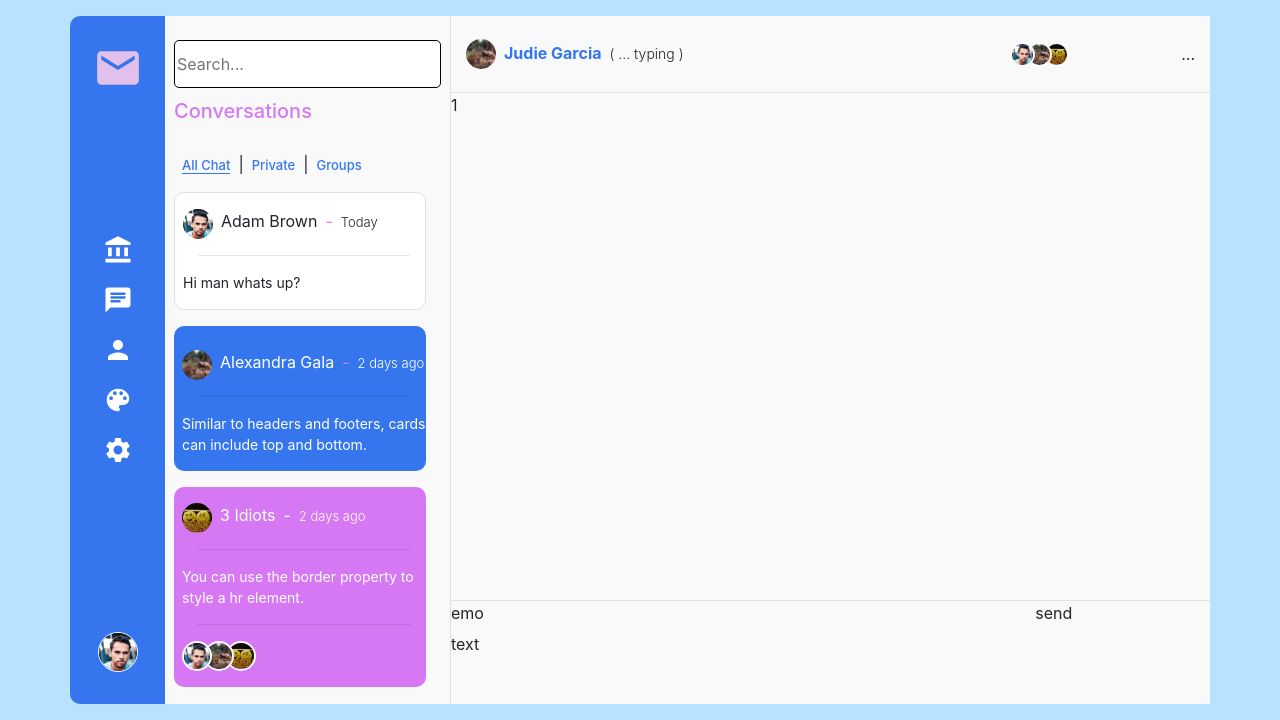
Repository: arafat877/super-chat
Page: /
An editor plug-in stored every save of this project. The page is shown before and after the next save, followed by the edit.
The browser window is 1280 px wide. The pictures show the whole page.
The project was rebuilt for these pictures with package versions that can differ from the ones it lists, and the page was loaded fresh each time.

Above is the page before, as saved 2020-08-07 01:43:59.

### public/index.html
<!DOCTYPE html>
<html lang="en">
  <head>
    <meta charset="utf-8" />
    <meta name="viewport" content="width=device-width, initial-scale=1" />
    <meta name="theme-color" content="#000000" />
    <meta
      name="description"
      content="Chat application with node.js, express, react.js, mongoDb and socket.io"
    />
    <link rel="stylesheet" href="styles.css" />
    <link
      rel="stylesheet"
      href="https://maxcdn.bootstrapcdn.com/bootstrap/4.5.0/css/bootstrap.min.css"
      integrity="sha384-9aIt2nRpC12Uk9gS9baDl411NQApFmC26EwAOH8WgZl5MYYxFfc+NcPb1dKGj7Sk"
      crossorigin="anonymous"
    />
    <link
      href="https://fonts.googleapis.com/css2?family=Roboto:wght@100;300;400;500;700;900&display=swap"
      rel="stylesheet"
    />

    <title>Super Chat</title>
  </head>
  <body>
    <noscript>You need to enable JavaScript to run this app.</noscript>
    <div id="root"></div>
  </body>
</html>

### src/App.js
import React from "react";
import "./App.scss";
import {
  Email,
  Chat,
  Person,
  Settings,
  Palette,
  AccountBalance,
} from "@material-ui/icons";

import { Avatar } from "@material-ui/core";
import { AvatarGroup } from "@material-ui/lab";

function App() {
  return (
    <div className="appContainer vh-100 d-flex">
      <div className="container mt-3 mb-3 appWrapper">
        <div className="row h-100">
          <div className="col-1 d-none d-sm-none d-md-block container h-100 firstCol">
            <div className="row logoRow justify-content-center">
              <Email className="m-auto logo" />
            </div>
            <div className="row menuRow">
              <ul className="menuList m-auto p-0">
                <li className="menuItem">
                  <AccountBalance className="menuItemIcon" />
                </li>
                <li className="menuItem">
                  <Chat className="menuItemIcon" />
                </li>
                <li className="menuItem">
                  <Person className="menuItemIcon" />
                </li>
                <li className="menuItem">
                  <Palette className="menuItemIcon" />
                </li>
                <li className="menuItem">
                  <Settings className="menuItemIcon" />
                </li>
              </ul>
            </div>
            <div className="row photoRow justify-content-center">
              <img
                className="m-auto profilePhoto"
                src={require("./assets/m1.jpeg")}
                alt="profile"
              />
            </div>
          </div>
          <div className="col-3 container h-100 secondCol p-4">
            <div className="row searchRow">
              <input className="searchInput" placeholder="Search..." />
            </div>
            <div className="row convRow mt-2">
              <span className="convSpan">Conversations</span>
            </div>
            <div className="row selectRow">
              <ul className="selectionList p-2">
                <li
                  className="selectionListItem d-inline mr-2"
                  style={{ borderBottom: "solid 0.05px #3576ef" }}
                >
                  All Chat
                </li>
                |
                <li className="selectionListItem d-inline mr-2 ml-2">
                  Private
                </li>
                |
                <li className="selectionListItem d-inline mr-2 ml-2">Groups</li>
              </ul>
            </div>
            <div className="row groupsRow">
              <div className="container">
                <div className="row convCard pt-3 pb-3 pl-2 mt-3">
                  <div className="container">
                    <div className="row">
                      <img
                        className="userProfilePicture"
                        src={require("./assets/m1.jpeg")}
                        alt="User Profile"
                      />
                      <span className="userName ml-2">Adam Brown</span>
                      <span className="dash ml-2">-</span>
                      <span className="chatDate ml-2 mt-1">Today</span>
                    </div>
                    <hr></hr>
                    <div className="row">
                      <span className="text">Hi man whats up?</span>
                    </div>
                  </div>
                </div>

                <div className="row convCardHot pt-4 pb-3 pl-2 mt-3">
                  <div className="container">
                    <div className="row">
                      <img
                        className="userProfilePicture"
                        src={require("./assets/f1.jpeg")}
                        alt="User Profile"
                      />
                      <span className="userName ml-2">Alexandra Gala</span>
                      <span className="dash ml-2">-</span>
                      <span className="chatDate ml-2 mt-1">2 days ago</span>
                    </div>
                    <hr></hr>
                    <div className="row">
                      <span className="text">
                        Similar to headers and footers, cards can include top
                        and bottom.
                      </span>
                    </div>
                  </div>
                </div>

                <div className="row convCardGroup pt-3 pb-3 pl-2 mt-3">
                  <div className="container">
                    <div className="row">
                      <img
                        className="userProfilePicture"
                        src={require("./assets/g1.jpeg")}
                        alt="User Profile"
                      />
                      <span className="userName ml-2">3 Idiots</span>
                      <span className="dash ml-2">-</span>
                      <span className="chatDate ml-2 mt-1">2 days ago</span>
                    </div>
                    <hr></hr>
                    <div className="row">
                      <span className="text">
                        You can use the border property to style a hr element.
                      </span>
                    </div>
                    <hr></hr>
                    <div className="row">
                      <AvatarGroup max={3} className="mr-4">
                        <Avatar
                          alt="Remy Sharp"
                          className="avatar"
                          src={require("./assets/m1.jpeg")}
                        />
                        <Avatar
                          alt="Travis Howard"
                          className="avatar"
                          src={require("./assets/f1.jpeg")}
                        />
                        <Avatar
                          alt="Cindy Baker"
                          className="avatar"
                          src={require("./assets/g1.jpeg")}
                        />
                      </AvatarGroup>
                    </div>
                  </div>
                </div>
              </div>
            </div>
          </div>
          <div className="col-8 container h-100 thirdCol">
            <div className="row chatInfo">
              <div className="col-6 m-auto">
                <img
                  className="infoUserPicture"
                  src={require("./assets/f1.jpeg")}
                  alt="User Profile"
                />
                <span className="infoUserName ml-2">Judie Garcia</span>
                <span className="infoTyping ml-2">( ... typing )</span>
              </div>
              <div className="col-4 mt-auto mb-auto justify-content-right infoGroup">
                <AvatarGroup max={3} className="float-right">
                  <Avatar
                    alt="Remy Sharp"
                    className="avatar"
                    src={require("./assets/m1.jpeg")}
                  />
                  <Avatar
                    alt="Travis Howard"
                    className="avatar"
                    src={require("./assets/f1.jpeg")}
                  />
                  <Avatar
                    alt="Cindy Baker"
                    className="avatar"
                    src={require("./assets/g1.jpeg")}
                  />
                </AvatarGroup>
              </div>
              <div className="col-2 m-auto"><span className="float-right">...</span></div>
            </div>
            <div className="row chatMessages">1</div>
            <div className="row chatInput">
              <div className="col-md-9 container">
                <div className="row inputEmoji">emo</div>
                <div className="row inputText">text</div>
              </div>
              <div className="col-md-3">send</div>
            </div>
          </div>
        </div>
      </div>
    </div>
  );
}

export default App;

### src/App.scss
.appContainer {
  background-color: #b7e3fe;

  .appWrapper {
    background-color: #3576ef;
    border-radius: 10px;

    .firstCol {
      .logoRow {
        height: 15%;

        .logo {
          font-size: 50px;
          color: rgb(226, 192, 236);
        }
      }
      .menuRow {
        height: 70%;

        .menuList {
          list-style: none;

          .menuItem {
            margin-bottom: 20px;

            .menuItemIcon {
              font-size: 30px;
              color: white;
            }
          }
        }
      }
      .photoRow {
        height: 15%;

        .profilePhoto {
          height: 40px;
          width: 40px;
          border: solid thin white;
          border-radius: 50%;
          object-fit: cover;
        }
      }
    }

    .secondCol {
      background-color: #f9f9f9;

      .searchRow {
        height: 7.5%;

        .searchInput {
          width: 100%;
          border: solid 0.5px;
          background-color: white;
          border-radius: 5px;

          &:focus {
            outline: none;
          }
        }
      }

      .convRow {
        height: 7.5%;

        .convSpan {
          font-weight: 500;
          font-size: 20px;
          color: rgb(214, 120, 243);
        }
      }
      .selectRow {
        height: 5%;

        .selectionList {
          list-style: none;

          .selectionListItem {
            font-weight: 500;
            font-size: 13px;
            color: #3576ef;
          }
        }
      }

      ::-webkit-scrollbar {
        width: 5px;
        height: 5px;
      }

      ::-webkit-scrollbar-track {
        background: white; /* color of the tracking area */
      }

      ::-webkit-scrollbar-thumb {
        background-color: #b5caf0; /* color of the scroll thumb */
        border-radius: 5px; /* roundness of the scroll thumb */
      }

      .groupsRow {
        height: 80%;
        overflow-y: scroll;

        .convCard {
          background-color: white;
          border: solid 0.5px #dee2e6;
          border-radius: 10px;
          margin-right: 0;

          .userProfilePicture {
            height: 30px;
            width: 30px;
            border-radius: 50%;
            object-fit: cover;
          }

          .userName {
            // color: white;
          }

          .dash {
            color: rgb(214, 120, 243);
          }

          .chatDate {
            // color: white;
            font-size: 13px;
            font-weight: 300;
          }

          .text {
            // color: white;
            font-size: 14px;
          }
        }

        .convCardHot {
          background-color: #3576ef;
          border-radius: 10px;
          margin-right: 0;

          .userProfilePicture {
            height: 30px;
            width: 30px;
            border-radius: 50%;
            object-fit: cover;
          }

          .userName {
            color: white;
          }

          .dash {
            color: rgb(214, 120, 243);
          }

          .chatDate {
            color: white;
            font-size: 13px;
            font-weight: 300;
          }

          .hr {
            border-color: rgb(214, 120, 243);
            margin-bottom: 5px;
          }

          .text {
            color: white;
            font-size: 14px;
          }
        }

        .convCardGroup {
          background-color: rgb(214, 120, 243);
          border-radius: 10px;
          margin-right: 0;

          .userProfilePicture {
            height: 30px;
            width: 30px;
            border-radius: 50%;
            object-fit: cover;
          }

          .userName {
            color: white;
          }

          .dash {
            color: white;
          }

          .chatDate {
            color: white;
            font-size: 13px;
            font-weight: 300;
          }

          .hr {
            border-color: rgb(214, 120, 243);
            margin-bottom: 5px;
          }

          .text {
            color: white;
            font-size: 14px;
          }

          .avatar {
            height: 30px;
            width: 30px;
          }
        }
      }
    }

    .thirdCol {
      background-color: #f9f9f9;
      border-left: solid thin #dee2e6;

      .chatInfo {
        height: 11.25%;
        border-bottom: solid thin #dee2e6;

        .infoUserPicture {
          height: 30px;
          width: 30px;
          border-radius: 50%;
          object-fit: cover;
        }

        .infoUserName{
            color: #3576ef;
            font-weight: 700;
        }

        .infoTyping{
            font-size: 14px;
            font-weight: 300;
        }

        .infoGroup{
            .avatar{
                height: 25px;
                width: 25px;
            }
        }
      }
      .chatMessages {
        height: 73.75%;
        border-bottom: solid thin #dee2e6;
      }
      .chatInput {
        height: 15%;

        .inputEmoji {
          height: 30%;
        }
        .inputText {
          height: 70%;
        }
      }
    }
  }
}

Loaded but not shown: src/index.js (common file); public/styles.css (common file)

After the next save:
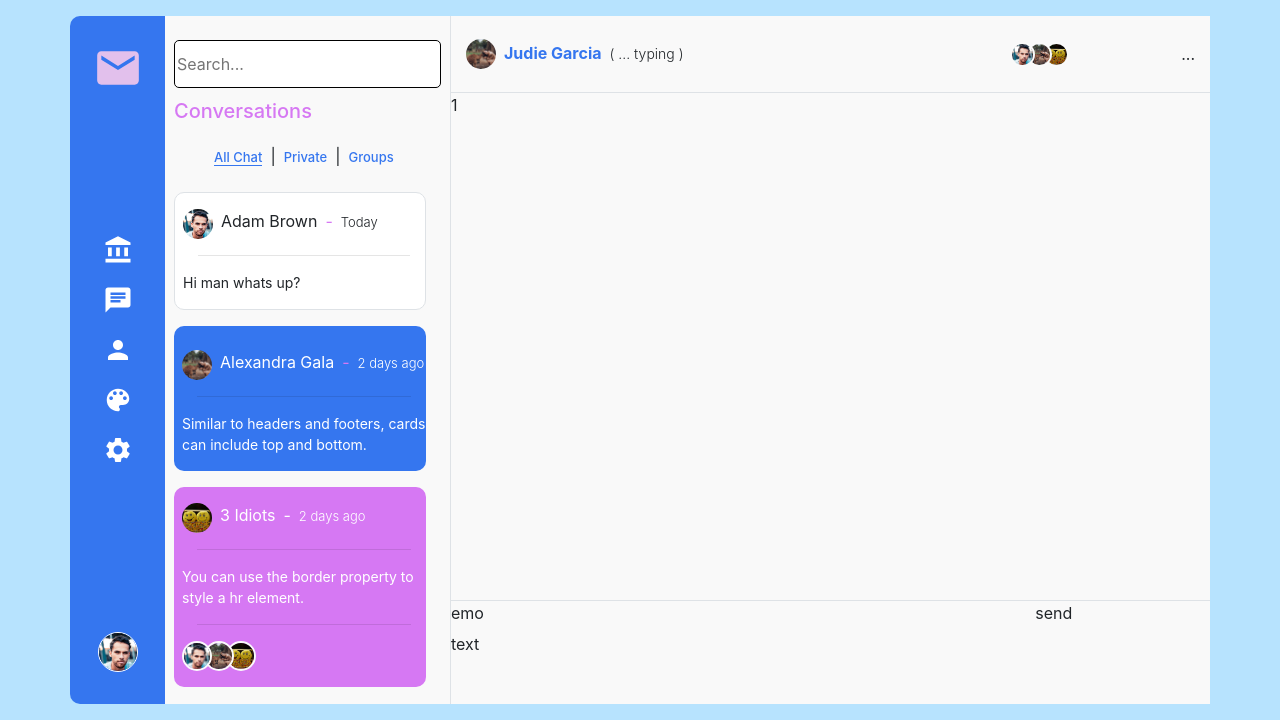
Saved 8 s later.
--- a/src/App.js
+++ b/src/App.js
@@ -56,7 +56,7 @@ function App() {
               <span className="convSpan">Conversations</span>
             </div>
             <div className="row selectRow">
-              <ul className="selectionList p-2">
+              <ul className="selectionList pb-1">
                 <li
                   className="selectionListItem d-inline mr-2"
                   style={{ borderBottom: "solid 0.05px #3576ef" }}
